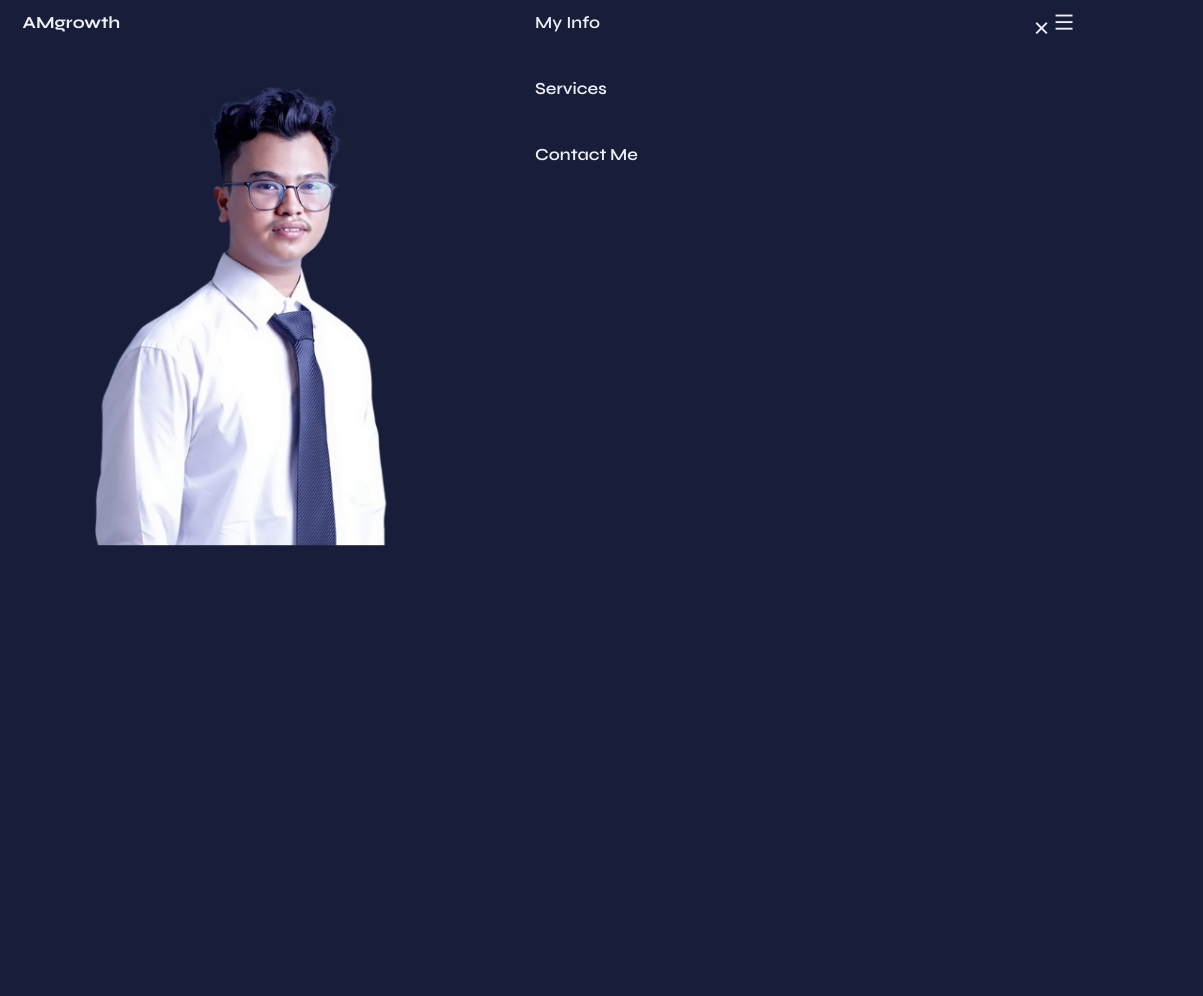
Repository: Ademaulana100499/portofolio
Page: index.html
The author's editor kept a copy of each file at every save. The page is drawn from the files as they stood at one save, then again after the next save.
The browser window is 1280 px wide. The pictures show the whole page, at 94% of full size.
Some web fonts or font styles are not loaded; a fallback is used.

Above is the page before, as saved 2024-11-28 16:36:26.

### index.html
<!DOCTYPE html>
<html lang="en">
  <head>
    <meta charset="UTF-8" />
    <meta name="viewport" content="width=device-width, initial-scale=1.0" />
    <title>AMgrowth</title>
    <link rel="shortcut icon" href="assets/img/Favicon.png" />
    <link
      href="https://cdn.jsdelivr.net/npm/remixicon/fonts/remixicon.css"
      rel="stylesheet"
    />
    <link rel="stylesheet" href="assets/css/style.css" />
  </head>
  <body>
    <!-- HEADER -->
    <header class="header" id="header">
      <nav class="nav container">
        <a href="#" class="nav__logo">AMgrowth</a>
        <div class="nav__menu" id="nav-menu">
          <ul class="nav__list">
            <li>
              <a href="#home" class="nav__link">Home</a>
            </li>
            <li>
              <a href="#project" class="nav__link">Project</a>
            </li>
            <li>
              <a href="#info" class="nav__link">My Info</a>
            </li>
            <li>
              <a href="#services" class="nav__link">Services</a>
            </li>
            <li>
              <a href="#contact" class="nav__link">Contact Me</a>
            </li>
          </ul>
          <!-- Close Button -->
          <div class="nav__close" id="nav-close">
            <i class="ri-close-line"></i>
          </div>
        </div>

        <!-- Toggle Button -->
        <div class="nav__toggle" id="nav-toggle">
          <i class="ri-menu-line"></i>
        </div>
      </nav>
    </header>

    <!-- MAIN -->
    <main class="main" id="main">
      <!-- HOME -->
      <section class="home section" id="home">
        <div class="home__container container grid">
          <img src="assets/img/Photo.png" alt="image" class="home__img" />
        </div>
      </section>
      <!-- PROJECT -->
      <section class="project section" id="project"></section>
      <!-- INFO -->
      <section class="info section" id="info"></section>
      <!-- SERVICES -->
      <section class="services section" id="services"></section>
      <!-- CONTACT -->
      <section class="contact section" id="contact"></section>
    </main>

    <!-- FOOTER -->
    <footer class="footer" id="footer"></footer>
    <!-- SCROLL UP -->
    <!-- SCROLLREVEAL -->
    <script src=""></script>
    <!-- EMAIL JS -->
    <script src=""></script>
    <!-- MAIN JS -->
    <script src="assets/js/main.js"></script>
  </body>
</html>

### assets/css/style.css
@import url("https://fonts.googleapis.com/css2?family=Kite+One&family=Oooh+Baby&family=Orelega+One&family=Poppins:ital,wght@0,100;0,200;0,300;0,400;0,500;0,600;0,700;0,800;0,900;1,100;1,200;1,300;1,400;1,500;1,600;1,700;1,800;1,900&family=Syne:wght@400..800&display=swap");

/* VARIABLE CSS */
:root {
  --header-height: 3rem;

  /* Colors */
  --hue: 230;
  --first-color: hsl(var(--hue), 55%, 55%);
  --first-color-light: hsl(var(--hue), 55%, 65%);
  --first-color-alt: hsl(var(--hue), 50%, 50%);
  --title-color: hsl(var(--hue), 30%, 95%);
  --text-color: hsl(var(--hue), 20%, 80%);
  --text-color-light: hsl(var(--hue), 20%, 70%);
  --body-color: hsl(var(--hue), 40%, 16%);
  --container-color: hsl(var(--hue), 40%, 20%);

  /* Font and typography */
  --body-font: "Syne", sans-serif;
  --biggest-font-size: 3rem;
  --h1-font-size: 1.5rem;
  --h2-font-size: 1.25rem;
  --h3-font-size: 1rem;
  --normal-font-size: 0.938rem;
  --small-font-size: 0.813rem;

  /* Font weight */
  --font-regular: 400;
  --font-semi-bold: 600;
  --font-bold: 700;

  /* z index */
  --z-tooltip: 10;
  --z-fixed: 100;
}
/* Responsive typography */
@media screen and (min-width: 1150px) {
  :root {
    --biggest-font-size: 5.5rem;
    --big-font-size: 2.75rem;
    --h1-font-size: 2.25rem;
    --h2-font-size: 1.5rem;
    --h3-font-size: 1.25rem;
    --normal-font-size: 1.125rem;
    --small-font-size: 0.875rem;
  }
}

/* BASE */
* {
  margin: 0;
  padding: 0;
  box-sizing: border-box;
}

html {
  scroll-behavior: smooth;
}

body,
input,
textarea,
button {
  font-family: var(--body-font);
  font-size: var(--normal-font-size);
}

body {
  background-color: var(--body-color);
  color: var(--text-color);
}
input,
button,
textarea {
  outline: none;
  border: none;
}

h1,
h2,
h3 {
  color: var(--title-color);
  font-weight: var(--font-semi-bold);
}
p {
  line-height: 130%;
}

ul {
  list-style: none;
}

a {
  text-decoration: none;
}

img {
  display: block;
  max-width: 100%;
  height: auto;
}

/* REUSABLE CSS CLASSES */
.container {
  max-width: 1120px;
  margin-inline: 1.5rem;
}

.grid {
  display: grid;
  gap: 1.5rem;
}

.section {
  padding-block: 5rem 2rem;
}

.section__title {
  font-size: var(--h1-font-size);
  text-align: center;
  margin-bottom: 2rem;
  font-weight: var(--font-bold);
}
main {
  overflow: hidden;
}

/* HEADER & NAV */
.header {
  position: fixed;
  width: 100%;
  top: 0;
  left: 0;
  background-color: transparent;
  z-index: var(--z-fixed);
}
.nav {
  position: relative;
  height: var(--header-height);
  display: flex;
  justify-content: space-between;
  align-items: center;
}

.nav__logo {
  color: var(--title-color);
  font-weight: var(--font-bold);
}
.nav__toggle,
.nav__close {
  font-size: 1.5rem;
  cursor: pointer;
  color: var(--title-color);
}
/* Navigation for mobile */
@media screen and (max-width: 1150px) {
  .nav__menu {
    position: fixed;
    top: 0;
    right: -100%;
    background-color: hsla(var(--hue), 70%, 4%, 0.2);
    backdrop-filter: blur(16px);
    -webkit-backdrop-filter: blur(16px);
    width: 80%;
    height: 100%;
    padding: 7rem 3rem;
    transition: right 0.4s;
  }
}
.nav__list {
  display: flex;
  flex-direction: column;
  row-gap: 3rem;
}
.nav__link {
  position: relative;
  color: var(--title-color);
  font-weight: var(--font-semi-bold);
  transition: color 0.4s;
}
.nav__link::after {
  content: "";
  width: 0;
  height: 2px;
  background-color: var(--first-color-light);
  position: absolute;
  left: 0;
  bottom: -0.5rem;
  transition: width 0.3s;
}
.nav__link:hover {
  color: var(--first-color-light);
}
.nav__link:hover::after {
  width: 30%;
}
.nav__close {
  position: absolute;
  top: 1rem;
  right: 1.5rem;
}

/* Show Menu */
.show-menu {
  right: 0;
}
/* Add blur to header */
/* Active link */

/* HOME */

### assets/js/main.js
const navMenu = document.getElementById("nav-menu"),
  navToggle = document.getElementById("nav-toggle"),
  navClose = document.getElementById("nav-close");

if (navToggle) {
  navToggle.addEventListener("click", () => {
    navMenu.classList.add("show-menu");
  });
}

if (navClose) {
  navClose.addEventListener("click", () => {
    navMenu.classList.remove("show-menu");
  });
}

const navLink = document.querySelectorAll(".nav__link");
const linkAction = () => {
  const navMenu = document.getElementById("nav-menu");
  navMenu.classList.remove("show-menu");
};
navLink.forEach((n) => n.addEventListener("click", linkAction));

After the next save:
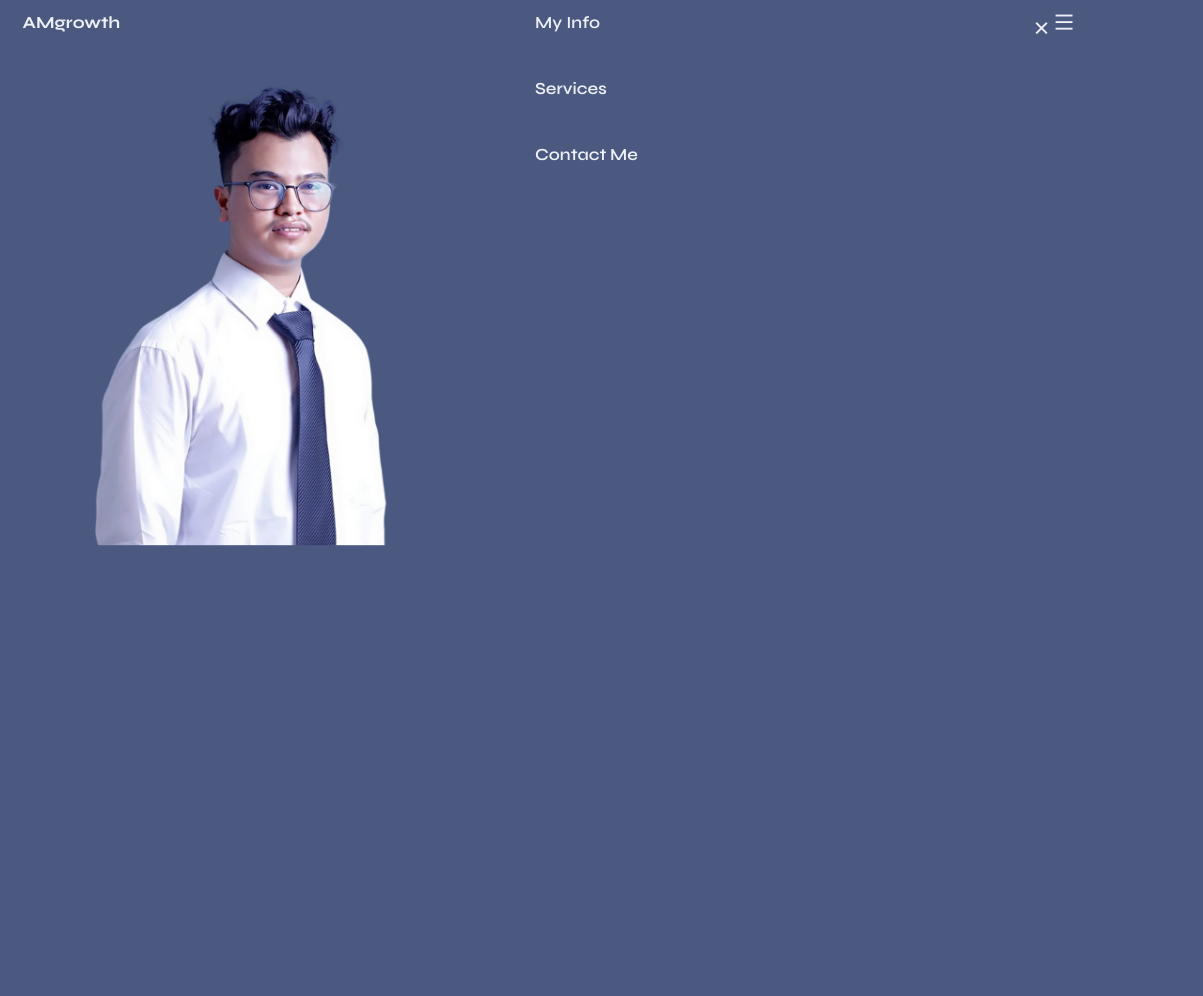
Saved 67 s later.
--- a/assets/css/style.css
+++ b/assets/css/style.css
@@ -12,7 +12,7 @@
   --title-color: hsl(var(--hue), 30%, 95%);
   --text-color: hsl(var(--hue), 20%, 80%);
   --text-color-light: hsl(var(--hue), 20%, 70%);
-  --body-color: hsl(var(--hue), 40%, 16%);
+  --body-color: hsl(225, 26%, 40%);
   --container-color: hsl(var(--hue), 40%, 20%);
 
   /* Font and typography */
